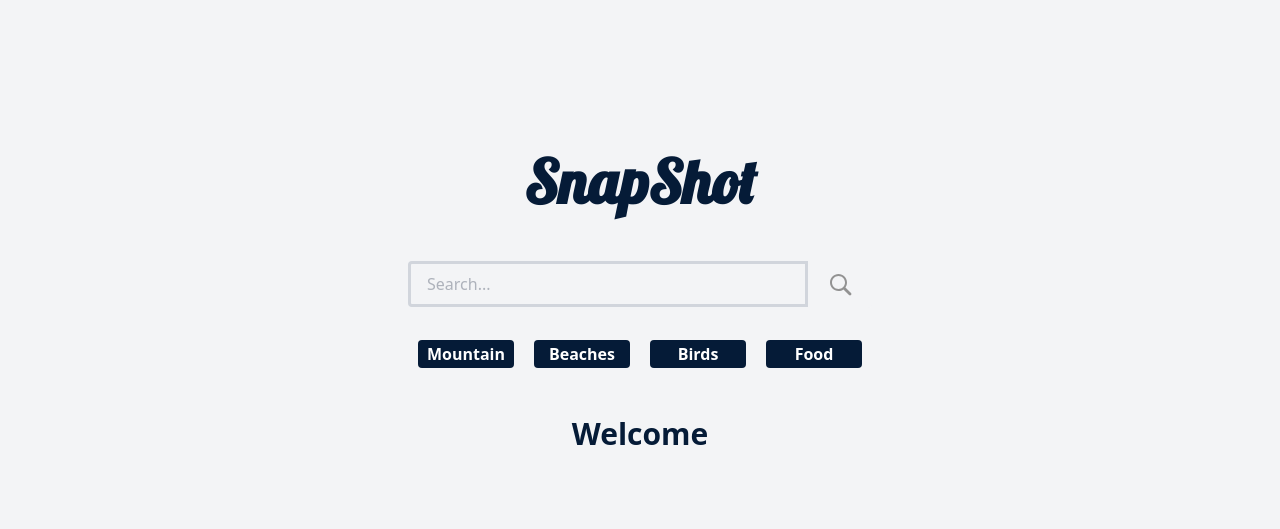
Repository: Alzate1075/P2-GaleriaFotos
Page: /
An editor plug-in stored every save of this project. The page is shown before and after the next save, followed by the edit.
The browser window is 1280 px wide. The pictures show the whole page.
The page's requests for data from a server got no answer. The project was rebuilt for these pictures with package versions that can differ from the ones it lists, and the page was loaded fresh each time. No one was signed in, and anything a server would have sent is missing. Also part of the build but not shown: vite.config.js.

Above is the page before, as saved 2025-07-04 14:00:25.

### index.html
<!DOCTYPE html>
<html lang="en">
  <head>
    <meta charset="UTF-8" />
    <link rel="icon" type="image/svg+xml" href="/public/logo192.png" />
    <meta name="viewport" content="width=device-width, initial-scale=1.0" />
    <link
      href="https://fonts.googleapis.com/css2?family=Lobster&display=swap"
      rel="stylesheet"
    />
    <link
      href="https://fonts.googleapis.com/css2?family=Poppins:wght@400;600&display=swap"
      rel="stylesheet"
    />

    <title>Snap Shot</title>
  </head>
  <body>
    <div id="root"></div>
    <script type="module" src="/src/main.jsx"></script>
  </body>
</html>

### src/App.jsx
import React, { useState } from "react";
import Header from "./components/Header";
import SearchGallery from "./components/SearchGallery";
import Categorias from "./components/Categorias";
import GaleriaFotos from "./components/GaleriaFotos";

export default function App() {
  const [titulo, setTitulo] = useState("Welcome");
  return (
    <div className="font-poppins bg-gray-100 min-h-screen flex flex-col items-center">
      <Header />
      <SearchGallery setTitulo={setTitulo} />
      <Categorias setTitulo={setTitulo} />
      <h2 className="font-sans md:text-3xl font-bold text-[#051b37] md:mt-12">
        {titulo}
      </h2>
      <GaleriaFotos />
    </div>
  );
}

### src/index.css
@import "tailwindcss";

@import url("https://fonts.googleapis.com/css2?family=Lobster&display=swap");

body {
  font-family: "Lobster", cursive;
}

### src/components/Header.jsx
import React from "react";

export default function Header() {
  return (
    <header className="text-center mt-8">
      <h1 className="text-6xl font-bold text-[#051b37] font-lobster mt-30">
        SnapShot
      </h1>
    </header>
  );
}

### src/components/SearchGallery.jsx
import React from "react";

export default function SearchGallery() {
  return (
    <div className="font-sans text-gray-500 flex items-center justify-center mt-12">
      <input
        type="text"
        placeholder="Search..."
        className="border-3 border-gray-300 bg-gray-100 rounded-l px-4 py-2 md:w-[400px] focus:outline-none"
      />
      <button className="cursor-pointer bg-gray-100 text-white px-4 py-2 rounded-r hover:bg-[#051b37]">
        <img src="/public/search-icon.svg" alt="Buscador" />
      </button>
    </div>
  );
}

### src/components/Categorias.jsx
import React from "react";

export default function Categorias({ setTitulo }) {
  return (
    <div className="flex flex-wrap md:items-center md:justify-center md:gap-5 mt-8">
      <button
        onClick={() => setTitulo("Mountain Pictures")}
        className="cursor-pointer md:w-24 md:h-7 flex items-center justify-center font-sans font-semibold bg-[#051b37] text-white rounded "
      >
        Mountain
      </button>
      <button
        onClick={() => setTitulo("Beaches Pictures")}
        className="cursor-pointer md:w-24 md:h-7 flex items-center justify-center font-sans font-semibold bg-[#051b37] text-white rounded "
      >
        Beaches
      </button>
      <button
        onClick={() => setTitulo("Birds Pictures")}
        className="cursor-pointer md:w-24 md:h-7 flex items-center justify-center font-sans font-semibold bg-[#051b37] text-white rounded "
      >
        Birds
      </button>
      <button
        onClick={() => setTitulo("Food Pictures")}
        className="cursor-pointer md:w-24 md:h-7 flex items-center justify-center font-sans font-semibold bg-[#051b37] text-white rounded "
      >
        Food
      </button>
    </div>
  );
}

### src/components/GaleriaFotos.jsx
import React, { useEffect, useState } from "react";
import axios from "axios";

export default function GaleriaFotos() {
  const [fotos, setFotos] = useState([]);

  useEffect(() => {
    fetchData();
  }, []);

  async function fetchData() {
    try {
      const { data } = await axios.get(
        `https://api.pexels.com/v1/search?query=mountain&per_page=12`,
        {
          headers: {
            Authorization:
              "WM5W7xLg1COodo3lwvRPmlVaCVpBeosisd5oLmAZSYXkme93CP5uTwv6",
          },
        }
      );
      console.log(data);
      setFotos(data.photos || []);
    } catch (error) {
      console.error(error);
    }
  }

  return (
    <div className="items-center justify-center grid grid-cols-1 md:grid-cols-4 gap-4 p-4 object-cover">
      {fotos.map((foto) => (
        <img
          key={foto.id}
          src={foto.src.medium}
          alt={foto.alt}
          className="rounded shadow-lg"
        />
      ))}
    </div>
  );
}

Loaded but not shown: src/main.jsx (common file)

After the next save:
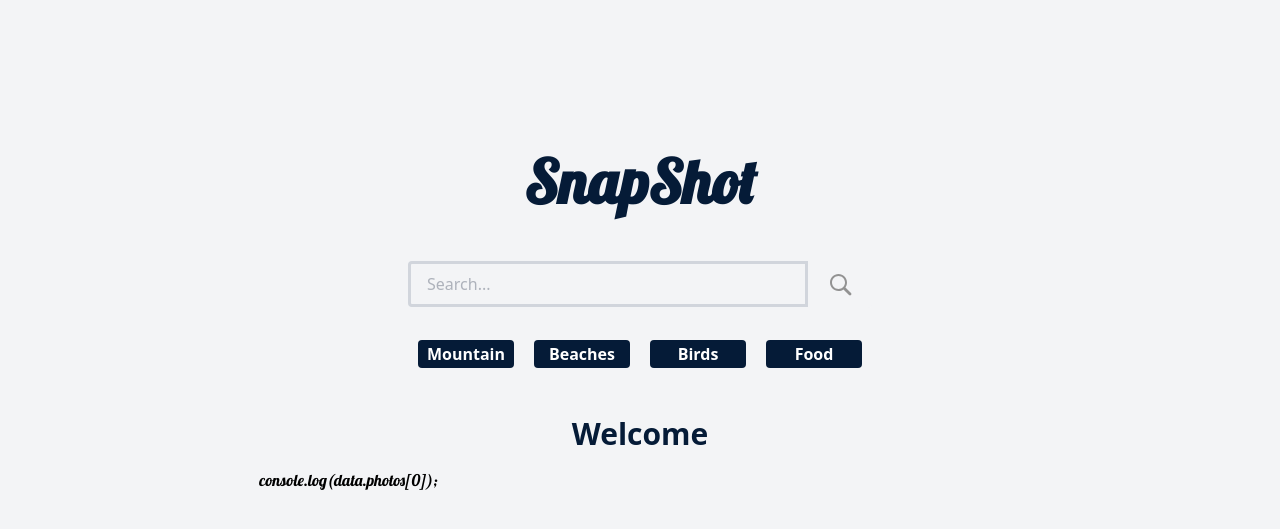
Saved 5 min 33 s later.
--- a/src/components/GaleriaFotos.jsx
+++ b/src/components/GaleriaFotos.jsx
@@ -36,6 +36,7 @@
           className="rounded shadow-lg"
         />
       ))}
+      console.log(data.photos[0]);
     </div>
   );
 }
